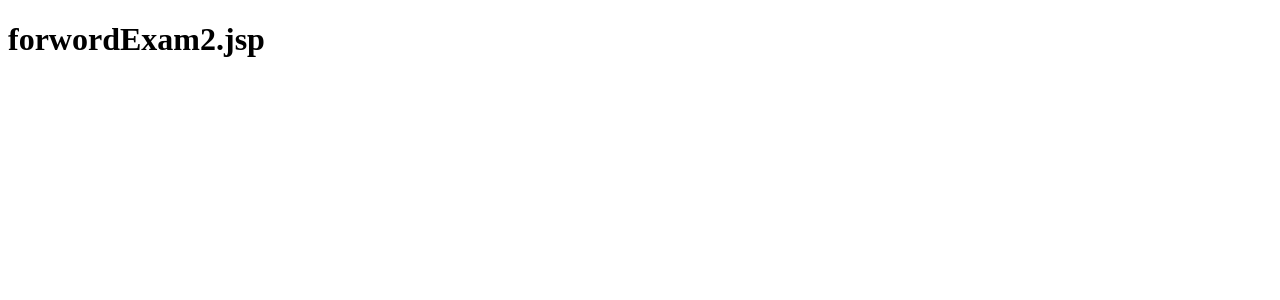
Repository: lty516/jspwork
Page: http://localhost/myjsp2/actiontag/forwordExam1.jsp
The author's editor kept a copy of each file at every save. The page is drawn from the files as they stood at one save, then again after the next save.
The browser window is 1280 px wide. The pictures show the whole page.
The page is served by Tomcat 9.

Above is the page before, as saved 2020-08-14 01:46:38.

After the next save:
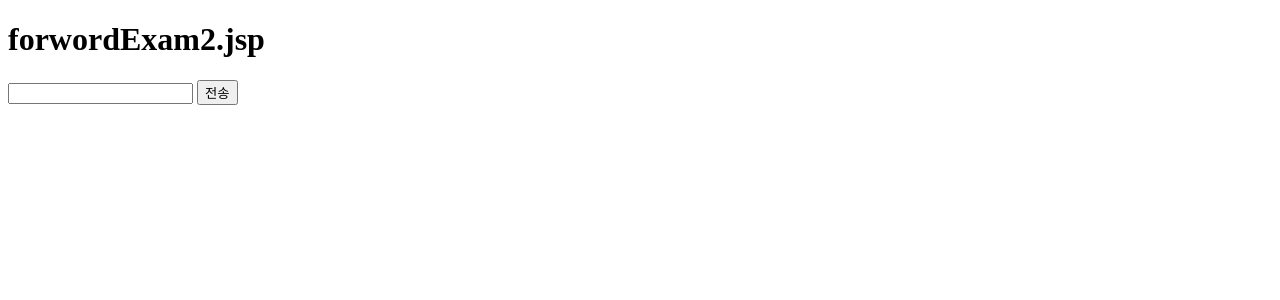
Saved 2 min 3 s later.
--- a/myjsp2/WebContent/actiontag/forwordExam1.jsp
+++ b/myjsp2/WebContent/actiontag/forwordExam1.jsp
@@ -8,5 +8,10 @@
 	<body>
 		<h1>forwordExam2.jsp</h1>
 
+		<form action="forwardExam2.jsp">
+			<input type="text" name="name"/>
+			<input type="submit" value="전송"/>
+
+		</form>
 	</body>
 </html>
